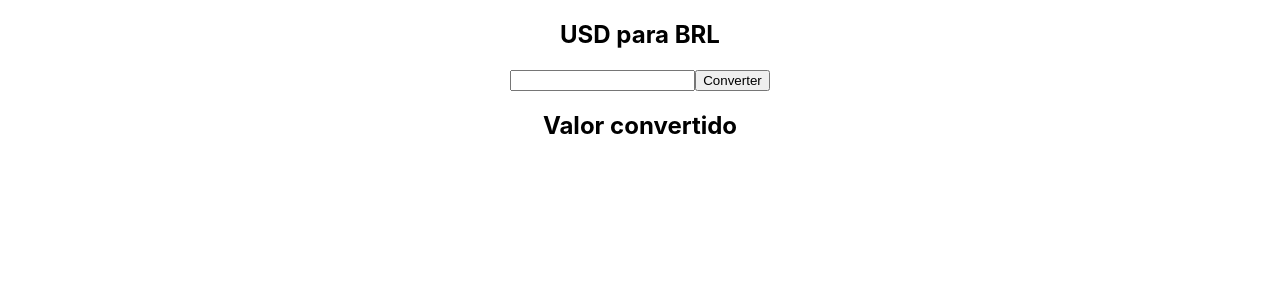
Repository: higodev/react-currency-converter
Page: /
The author's editor kept a copy of each file at every save. The page is drawn from the files as they stood at one save, then again after the next save.
The browser window is 1280 px wide. The pictures show the whole page.
The project was rebuilt for these pictures with package versions that can differ from the ones it lists, and the page was loaded fresh each time.

Above is the page before, as saved 2020-05-31 17:59:00.

### src/index.js
import React from "react";
import ReactDOM from "react-dom";
import App from "./App";
import "./index.css";
import * as serviceWorker from "./serviceWorker";

ReactDOM.render(
  <React.StrictMode>
    <App />
  </React.StrictMode>,
  document.getElementById("root")
);

serviceWorker.unregister();

### src/App.js
import React from "react";
import "./App.css";
import Conversor from "./components/Conversor";

function App() {
  return (
    <div className="App">
      <Conversor moedaA="USD" moedaB="BRL"></Conversor>
    </div>
  );
}

export default App;

### src/App.css
.App {
  text-align: center;
}

.App-logo {
  height: 40vmin;
  pointer-events: none;
}

@media (prefers-reduced-motion: no-preference) {
  .App-logo {
    animation: App-logo-spin infinite 20s linear;
  }
}

.App-header {
  background-color: #283429;
  min-height: 100vh;
  display: flex;
  flex-direction: column;
  align-items: center;
  justify-content: center;
  font-size: calc(10px + 2vmin);
  color: white;
}

.App-link {
  color: #61dafb;
}

@keyframes App-logo-spin {
  from {
    transform: rotate(0deg);
  }

  to {
    transform: rotate(360deg);
  }
}

### src/components/Conversor.js
import React, { Component } from "react";

export default class Conversor extends Component {
  constructor(props) {
    super(props);
  }

  render() {
    return (
      <div className="conversor">
        <h2>
          {this.props.moedaA} para {this.props.moedaB}
        </h2>
        <input type="text" />
        <input type="button" value="Converter" />
        <h2>Valor convertido</h2>
      </div>
    );
  }
}

Loaded but not shown: public/index.html (common file); src/index.css (common file); src/serviceWorker.js (common file)

After the next save:
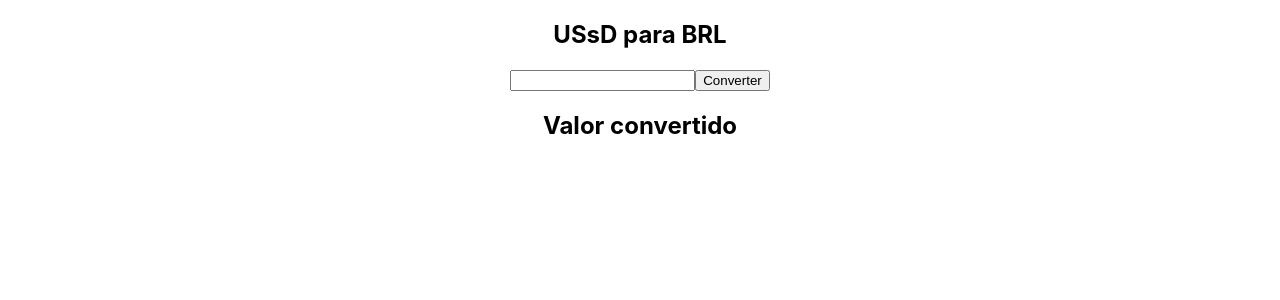
Saved 10 s later.
--- a/src/App.js
+++ b/src/App.js
@@ -5,7 +5,7 @@
 function App() {
   return (
     <div className="App">
-      <Conversor moedaA="USD" moedaB="BRL"></Conversor>
+      <Conversor moedaA="USsD" moedaB="BRL"></Conversor>
     </div>
   );
 }

After the save that followed:
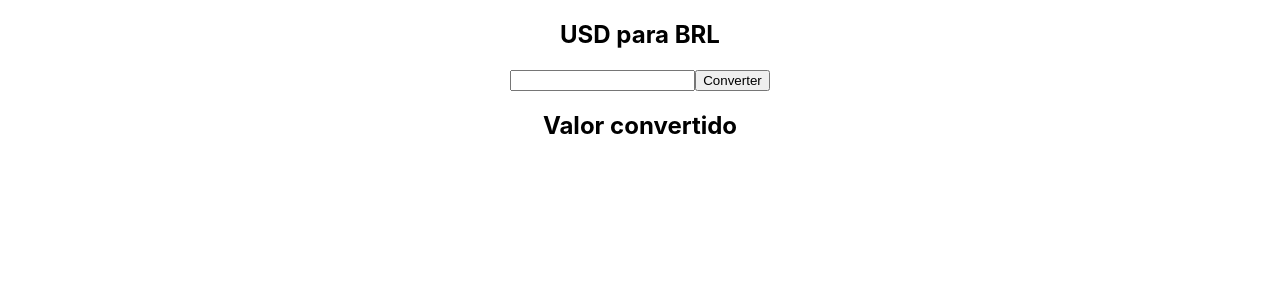
Saved 4 s later.
--- a/src/App.js
+++ b/src/App.js
@@ -5,7 +5,7 @@
 function App() {
   return (
     <div className="App">
-      <Conversor moedaA="USsD" moedaB="BRL"></Conversor>
+      <Conversor moedaA="USD" moedaB="BRL"></Conversor>
     </div>
   );
 }
